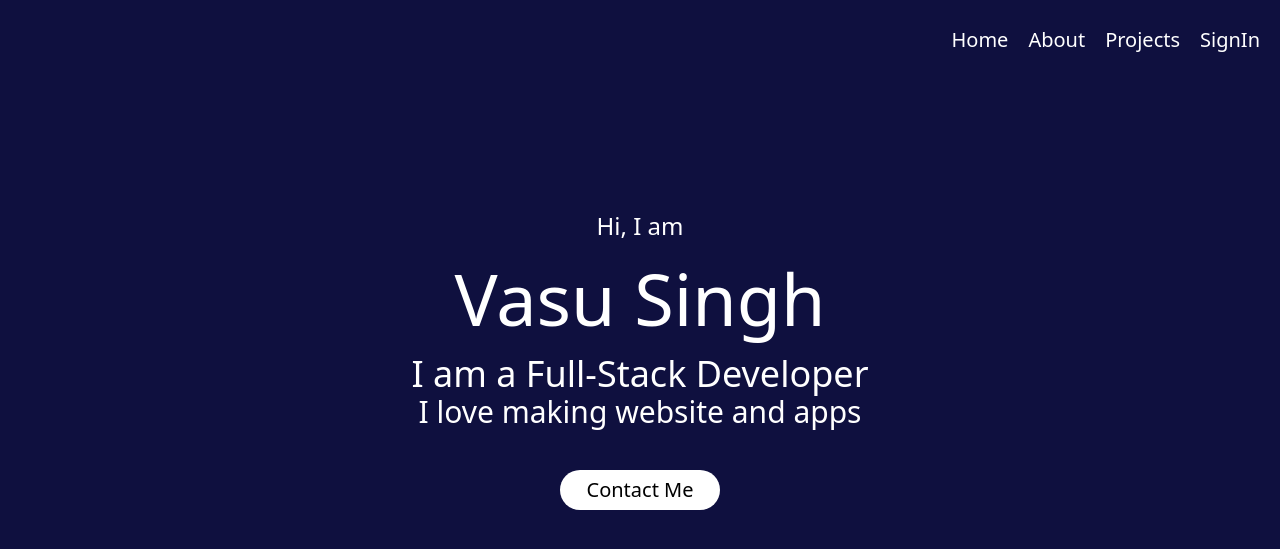
Repository: vasucp1207/vasuDev
Page: /
These files come from the project's save history. The page is drawn as it stood at one moment and after the next save; the edit follows.
The browser window is 1280 px wide. The pictures show the whole page.
The project was rebuilt for these pictures with package versions that can differ from the ones it lists, and the page was loaded fresh each time. The framework's server and built-in components were replaced by stand-ins that run in the browser. Also part of the build but not shown: next.config.js.

Above is the page before, as saved 2022-07-17 23:33:53.

After the next save:
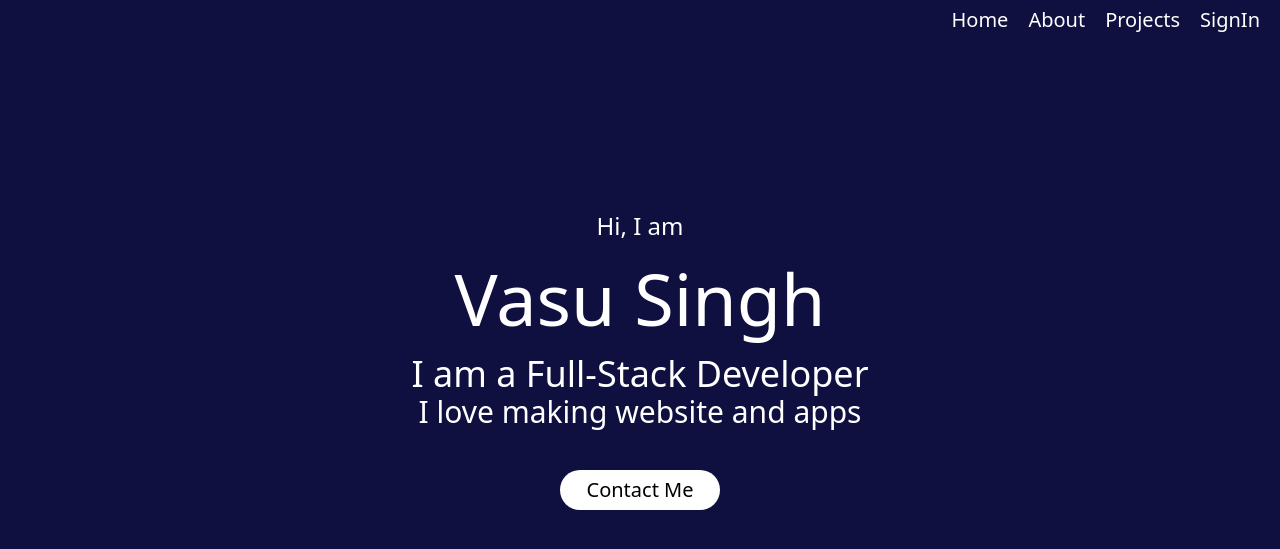
Saved 18 s later.
--- a/pages/Navbar.tsx
+++ b/pages/Navbar.tsx
@@ -2,7 +2,7 @@
 
 function Navbar() {
   return (
-    <div className='h-20 w-screen absolute bg-transparent flex justify-end items-center'>
+    <div className='h-10 w-screen absolute bg-transparent flex justify-end items-center'>
         <div className='h-full flex space-x-5 text-xl font-normal mr-5 items-center'>
             <p className='flex items-center h-full hover:bg-green-400 cursor-pointer'>Home</p>
             <p className='flex items-center h-full hover:bg-green-400 cursor-pointer'>About</p>
